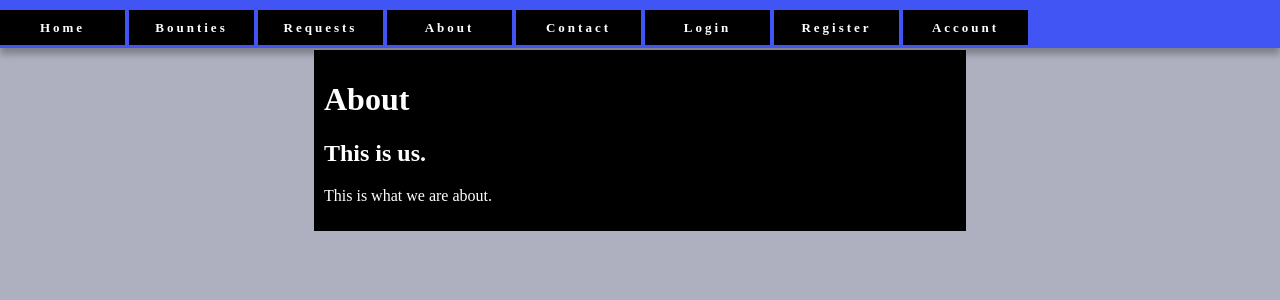
Repository: mailog/Tomorrow
Page: http://localhost/account
These files come from the project's save history. The page is drawn as it stood at one moment and after the next save; the edit follows.
The browser window is 1280 px wide. The pictures show the whole page.
The page is this project's Thymeleaf template; nobody is signed in. The template is opened directly, without the code that normally fills it, so the values that code supplies are empty.

Above is the page before, as saved 2017-07-29 23:41:44.

After the next save:
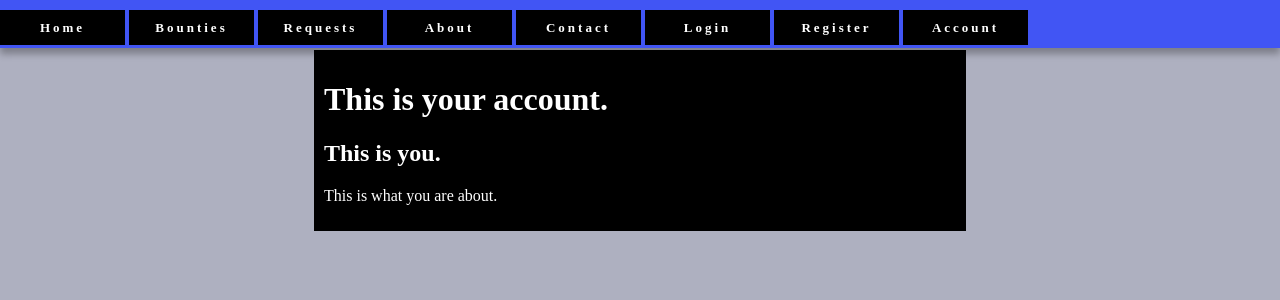
Saved 2 min 53 s later.
--- a/Tomorrow/src/main/resources/templates/account.html
+++ b/Tomorrow/src/main/resources/templates/account.html
@@ -34,9 +34,9 @@
 </div>
 
 <div id = "about">
-	<h1>About</h1>
-	<h2>This is us.</h2>
-	<p>This is what we are about.</p>
+	<h1>This is your account.</h1>
+	<h2>This is you.</h2>
+	<p>This is what you are about.</p>
 </div>
 </body>
 </html>
